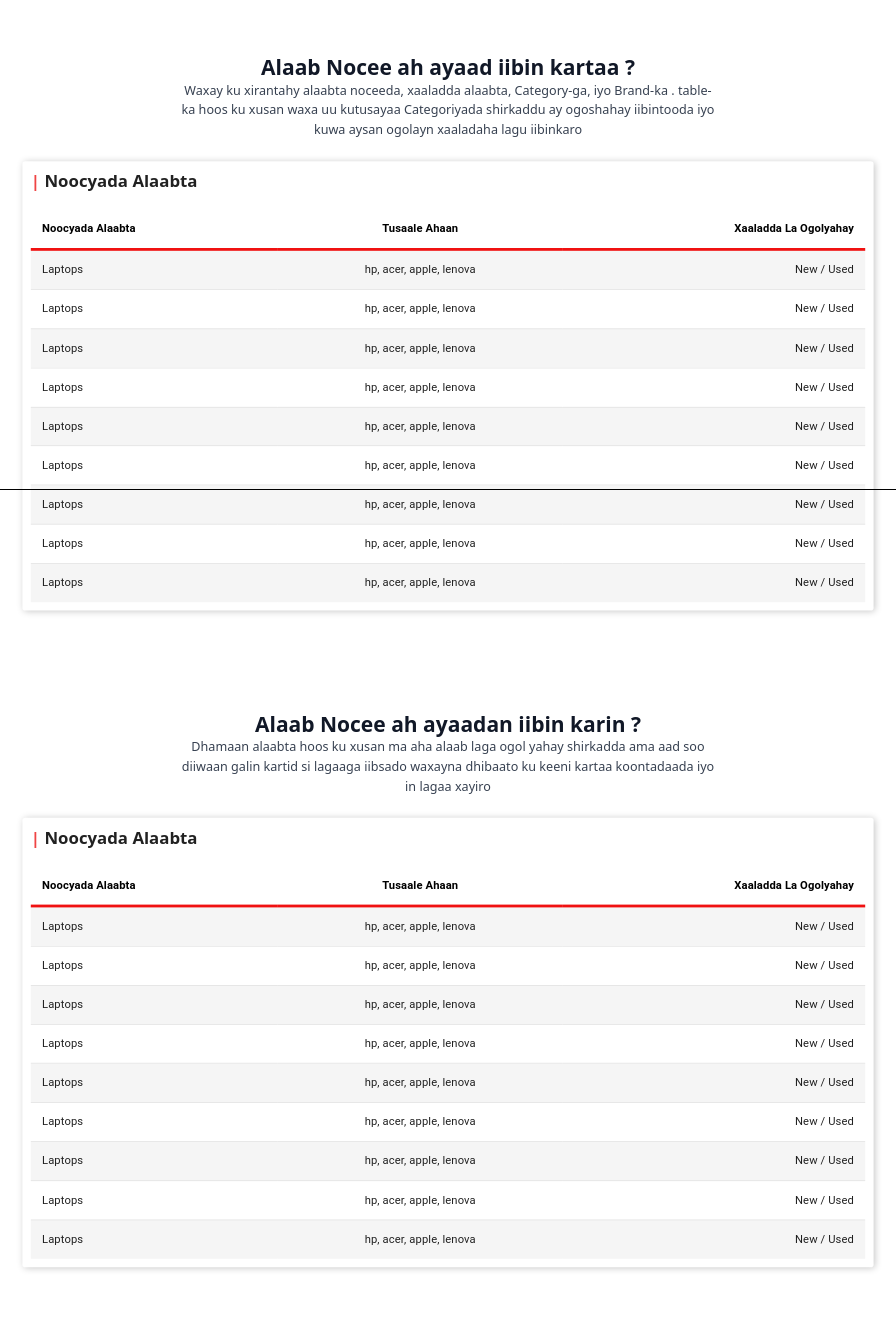
Repository: muraadso/Muraadso-Sellers
Page: /
The author's editor kept a copy of each file at every save. The page is drawn from the files as they stood at one save, then again after the next save.
The browser window is 1280 px wide. The pictures show the part of the page from y = 2205 to 4125 px (the page is 4160 px tall before and 4376 px after), at 70% of full size.
The project was rebuilt for these pictures with package versions that can differ from the ones it lists, and the page was loaded fresh each time. The framework's server and built-in components were replaced by stand-ins that run in the browser. Also part of the build but not shown: next.config.js.

Above is the page before, as saved 2021-12-06 20:21:53.

### pages/_app.js
import '../styles/globals.css'
 import 'tailwindcss/tailwind.css'
import { Layout } from '../components/Layout'


function MyApp({ Component, pageProps }) {
  return (
    <Layout>
      <Component {...pageProps} />
    </Layout>
  )
}

export default MyApp

### pages/index.js
import Head from 'next/head'
import Image from 'next/image'
import Hero from '../components/Hero'
import About from '../components/About'
import Howtoreg from '../components/Howtoreg'
import styles from '../styles/Home.module.css'
import { How } from '../components/How'


export default function Home() {
  return (
    <div className={styles.container}>
      <Head>
        <title>Muraadso Sellers</title>
        <meta name="description" content="Generated by create next app" />
        <link rel="icon" href="/favicon.ico" />
      </Head>
      <Hero />
      <About />
      <How />
      <Howtoreg />
    </div>
  )
}

### styles/globals.css
@import url('https://fonts.googleapis.com/css2?family=Lato:ital,wght@0,300;0,400;0,700;0,900;1,700&family=Poppins:wght@200;300;400;500;600;700&display=swap');
html,
body {
  padding: 0;
  margin: 0;
}

a {
  color: inherit;
  text-decoration: none;
}

* {
  box-sizing: border-box;
}


.navbar {
  box-shadow: 2px 1px 7px rgba(0, 0, 0, 0.226);
  font-family: 'Poppins', sans-serif  ;
  font-weight: 500;

}
  .logo{
    font-family: 'Lato', sans-serif;
    font-weight: 700;
    color: rgb(233, 59, 59);
    font-size: 20px ;
  }
  .how-card{
    position: relative;
    box-shadow: 0 2px 10px rgba(0, 0, 0, 0.336) ;
  }





@media screen and  (max-width: 768px){
  .nav{
    padding-top: 40px;
    display: flex;
    flex-direction: column;

  }

  .how-card{
  margin-bottom: 25px;
}

.tablle{
  margin-bottom: 90px;
}
.tablle2{

}

}




@tailwind base;
@tailwind components;
@tailwind utilities

### components/Layout.js
import Navbar from "./Navbar"
import Footer from "./Footer"

export const Layout = ({children}) => {
    return (
        <div className="layout">
            <Navbar />
                {children}
            <Footer />



        </div>
    )
}

### components/Hero.jsx
const Hero = () => {
    return (
        <div className="md:grid-cols-2 md:grid md:mt-11 hero">
                <div className="md:px-16 md:py-36 py-11 herotxt">
                    <h6 className="px-2 font-medium text-gray-500">ku iibi muraadso</h6>
                    <h1 className="my-5 text-3xl font-bold text-gray-800 capitalize md:font-bold md:text-gray-800 md:capitalize lg:text-6xl">sidee ugu iibin krtaa <br /> alaabtaada <span  className="text-red-600 md:text-red-600">muraadso</span></h1>

                    <p className="text-gray-700 md:text-left">
                         Whether you’ve already got an established e-commerce business , a great idea for a new product, or you just have a passion for selling, here’s how to take that next step with Muraadso </p>
                </div>

                <div className="heroimg">
                    <img className="w-4/4 "  src="/images/heroimage.png" alt="heroimage" />
                </div>
        </div>
    )
}

export default Hero

### components/About.jsx

const About = () => {
    return (
        <div className="mt-32">
            <h1 className="text-3xl font-bold text-center">Ku Iibso Muraadso</h1>
            <div className="gap-0 md:px-16 md:grid-cols-2 md:grid about-content">
                <div className="mt-12 aboutimg">
                  <img src="/images/aboutimage.png" className="md:h-96" alt="about image" />
                </div>
                <div className="md:mt-20 mt-11 about-text">
                    <p className="text-xl text-justify">
                        Muraadso waa hogaanka suuqa casriga ee online waana suuq aad ku iibin kartid alaabtaada, ahaw ganacsade alaabta sameeya, mid soo dajiya, si fudud ayaad ugu iibin kartaa suuqa casriga muraadso, sidoo kale ka mid noqo ganacsiyada shabakada internet ku iibiya alaabaha adiga oon ku kharash badan galin, kana faa’idaysanaya khubarada team ka muraadso helayana tobabaro iyo caawimo sidaad ugu iibin lahayd muraadso dhexdeeda Ku dhex iibta muraadso waa wax fudud sidoo kalena kharash yari kaaga bixi karo ama wax kharash ahi kaa baxayn, kaliya waxa lagaaga bahanyay in aad is diwaan galisid, kuna gurtid alaabta aad haysid online shirkada sidaana aad ku bilawdid iibka alaabtaada....<span className="text-red-600">Read More</span>
                    </p>
                </div>


            </div>
        </div>
    )
}

export default About

### components/Howtoreg.jsx
import * as React from 'react';
import { styled } from '@mui/material/styles';
import Table from '@mui/material/Table';
import TableBody from '@mui/material/TableBody';
import TableCell, { tableCellClasses } from '@mui/material/TableCell';
import TableContainer from '@mui/material/TableContainer';
import TableHead from '@mui/material/TableHead';
import TableRow from '@mui/material/TableRow';
import Paper from '@mui/material/Paper';

const StyledTableCell = styled(TableCell)(({ theme }) => ({

  [`&.${tableCellClasses.head}`]: {
    backgroundColor: theme.palette.common.white,
    color: theme.palette.common.black,
    borderBottom: '4px solid rgb(240, 17, 17)' ,
    fontSize: '16px',
    fontWeight: '600',

  },
  [`&.${tableCellClasses.body}`]: {
    fontSize: 16,
  },
}));

const StyledTableRow = styled(TableRow)(({ theme }) => ({
  '&:nth-of-type(odd)': {
    backgroundColor: theme.palette.action.hover,


  },
  // hide last border
  '&:last-child td, &:last-child th': {
    border: 0,
  },
}));





function createData(noocaAlaabta, tusaale, xaaladda) {
  return { noocaAlaabta, tusaale, xaaladda };
}

const rows = [
  createData('Laptops', 'hp, acer, apple, lenova ', 'New / Used'),
  createData('Laptops', 'hp, acer, apple, lenova ', 'New / Used'),
  createData('Laptops', 'hp, acer, apple, lenova ', 'New / Used'),
  createData('Laptops', 'hp, acer, apple, lenova ', 'New / Used'),
  createData('Laptops', 'hp, acer, apple, lenova ', 'New / Used'),
  createData('Laptops', 'hp, acer, apple, lenova ', 'New / Used'),
  createData('Laptops', 'hp, acer, apple, lenova ', 'New / Used'),
  createData('Laptops', 'hp, acer, apple, lenova ', 'New / Used'),
  createData('Laptops', 'hp, acer, apple, lenova ', 'New / Used'),

];

export default function Howtoreg() {
  return (
      <>
    <div className="flex flex-col items-center justify-center tablle mb-36">
                <h1 className="text-xl font-bold text-center text-gray-900 md:text-3xl">Alaab Nocee ah ayaad iibin kartaa ?</h1>
                <p className="max-w-3xl mb-8 text-sm text-center text-gray-700 md:text-lg">Waxay ku xirantahy alaabta noceeda, xaaladda alaabta, Category-ga, iyo Brand-ka .
                table-ka hoos ku xusan waxa uu kutusayaa Categoriyada shirkaddu ay ogoshahay iibintooda
                iyo kuwa aysan ogolayn xaaladaha lagu iibinkaro </p>

            <TableContainer className="" component={Paper} sx={{ padding: "12px", maxWidth: 1400, boxShadow: '2px 1px 11px rgba(0, 0, 0, 0.226)' }}>
        <h1 className="mb-6 text-2xl font-bold "> <span className="font-black text-red-500 ">|</span> Noocyada Alaabta</h1>
      <Table sx={{ minWidth: 700 }} aria-label="customized table">
        <TableHead>
          <TableRow>
            <StyledTableCell>Noocyada Alaabta</StyledTableCell>
            <StyledTableCell align="center"> Tusaale Ahaan</StyledTableCell>
            <StyledTableCell align="right">Xaaladda La Ogolyahay</StyledTableCell>
          </TableRow>
        </TableHead>
        <TableBody>
          {rows.map((row) => (
            <StyledTableRow key={row.noocaAlaabta} sx={{backgroundColor: 'white'}}>
              <StyledTableCell component="th" scope="row">
                {row.noocaAlaabta}
              </StyledTableCell>
              <StyledTableCell   align="center">{row.tusaale}</StyledTableCell>
              <StyledTableCell align="right">{row.xaaladda}</StyledTableCell>
            </StyledTableRow>
          ))}
        </TableBody>
      </Table>
    </TableContainer>

    </div>

    <div className="flex flex-col items-center justify-center tablle2 mb-36">
            <h1 className="text-xl font-bold text-center text-gray-900 md:text-3xl">Alaab Nocee ah ayaadan iibin karin ?</h1>
            <p className="max-w-3xl mb-8 text-sm text-center text-gray-700 md:text-lg">Dhamaan alaabta hoos ku xusan ma aha alaab laga ogol yahay shirkadda
                ama aad soo diiwaan galin kartid si lagaaga iibsado waxayna dhibaato
                ku keeni kartaa koontadaada iyo in lagaa xayiro</p>

            <TableContainer className="" component={Paper} sx={{ padding: "12px", maxWidth: 1400, boxShadow: '2px 1px 11px rgba(0, 0, 0, 0.226)' }}>
                        <h1 className="mb-6 text-2xl font-bold"> <span className="font-black text-red-500 ">|</span> Noocyada Alaabta</h1>
      <Table sx={{ minWidth: 700 }} aria-label="customized table">
        <TableHead className="" >
          <TableRow className="">
            <StyledTableCell>Noocyada Alaabta</StyledTableCell>
            <StyledTableCell align="center"> Tusaale Ahaan</StyledTableCell>
            <StyledTableCell align="right">Xaaladda La Ogolyahay</StyledTableCell>
          </TableRow>
        </TableHead>
        <TableBody>
          {rows.map((row) => (
            <StyledTableRow key={row.noocaAlaabta} sx={{backgroundColor: 'white'}}>
              <StyledTableCell  component="th" scope="row">
                {row.noocaAlaabta}
              </StyledTableCell>
              <StyledTableCell   align="center">{row.tusaale}</StyledTableCell>
              <StyledTableCell align="right">{row.xaaladda}</StyledTableCell>
            </StyledTableRow>
          ))}
        </TableBody>
      </Table>
    </TableContainer>

    </div>

     </>
  );
}

### components/How.jsx
export const How = () => {
    return (
        <div className="flex flex-col items-center justify-center mt-32 mb-24 how md:gap-y-4 gap-y-11">
            <div className="howheader">
            <h2 className="text-4xl font-bold text-center">Sidee u shaqaysaa</h2>
            <p className="mt-2 text-lg text-center text-gray-600">habka uu ushaqeeyo adeegan waa sidatan hoos ku xusan</p>
            </div>
            <div className="h-full md:p-16 md:gap-4 gap-72 md:grid-cols-4 md:grid howsteps">

                <div className="relative max-h-full p-6 bg-white border-4 border-red-400 rounded how-card ">
                    <div className="flex items-center justify-center my-4 card-icon ">
                        <img  src="./icons/register.png" alt="register" />

                    </div>
                    <div className="mb-4 text-xl text-center text-gray-800 cardbody">
                        Macmiil iska diiwaan geli adeega, 24h kadib waxad helaysa fariin ah in lagu aqbalay
                    </div>
                    <div className="absolute flex items-center justify-center w-10 h-10 font-bold text-red-500 bg-white border-2 border-red-500 rounded-full md:left-36 -bottom-5 md:left-40 left-36 place-content-center card-number"> <h2>1</h2></div>
                </div>


                <div className="relative max-h-full p-6 bg-white border-4 border-red-400 rounded how-card ">
                    <div className="flex items-center justify-center my-4 card-icon ">
                        <img className="h-24"  src="./icons/features.png" alt="register" />
                    </div>
                    <div className="mb-4 text-xl text-center text-gray-800 cardbody">
                        Macmiil iska diiwaan geli adeega, 24h kadib waxad helaysa fariin ah in lagu aqbalay
                    </div>
                    <div className="absolute flex items-center justify-center w-10 h-10 font-bold text-red-500 bg-white border-2 border-red-500 rounded-full md:left-36 -bottom-5 md:left-40 left-36 place-content-center card-number"> <h2>2</h2></div>
                </div>




                <div className="relative max-h-full p-6 bg-white border-4 border-red-400 rounded how-card ">
                    <div className="flex items-center justify-center my-4 card-icon ">
                        <img className="h-24"  src="./icons/verified.png" alt="register" />

                    </div>
                    <div className="mb-4 text-xl text-center text-gray-800 cardbody">
                        Macmiil iska diiwaan geli adeega, 24h kadib waxad helaysa fariin ah in lagu aqbalay
                    </div>
                    <div className="absolute flex items-center justify-center w-10 h-10 font-bold text-red-500 bg-white border-2 border-red-500 rounded-full md:left-36 -bottom-5 md:left-40 left-36 place-content-center card-number"> <h2>3</h2></div>
                </div>


                <div className="relative max-h-full p-6 bg-white border-4 border-red-400 rounded how-card ">
                    <div className="flex items-center justify-center my-4 card-icon ">
                        <img className="h-24"  src="./icons/givemoney.png" alt="register" />

                    </div>
                    <div className="mb-4 text-xl text-center text-gray-800 cardbody">
                        Macmiil iska diiwaan geli adeega, 24h kadib waxad helaysa fariin ah in lagu aqbalay
                    </div>
                    <div className="absolute flex items-center justify-center w-10 h-10 font-bold text-red-500 bg-white border-2 border-red-500 rounded-full md:left-36 -bottom-5 md:left-40 left-36 place-content-center card-number"> <h2>4</h2></div>
                </div>

            </div>
            <p className="text-center text-gray-800">Wixii faahfaahin ah waxaad kala xiriiri kartaa lambaradan hoos kuugu xusan</p>
            <a className="font-medium text-red-600" href="#">+252 63 3333471</a>

        </div>
    )
}

### components/Navbar.jsx
import React, { useState } from "react";
import { HiOutlineMenuAlt2, HiOutlineMenuAlt3 } from "react-icons/hi";



export default function Navbar() {
  const [showNav, setShowNav] = useState(false);

  return (
    <nav className="sticky top-0 z-20 items-center justify-between bg-white px-14 md:px-24 md:py-3 navbar md:flex">
      <div className="flex items-center justify-between">
        <a href="#">
          <h2>Muraadso</h2>
        </a>


        {showNav ? (
          <HiOutlineMenuAlt3
            onClick={() => setShowNav(!showNav)}
            className="block w-10 h-10 p-2 cursor-pointer md:hidden" />

        ) : (
          <HiOutlineMenuAlt2
            onClick={() => setShowNav(!showNav)}
            className="block w-10 h-10 p-2 cursor-pointer md:hidden"
          />
        )}
      </div>

      <ul
        className={
          (showNav ? "left-0" : "-left-full") +
          " md:static fixed bottom-0 md:ml-24 top-14 md:flex md:space-x-6 items-center md:bg-transparent bg-gray-700 rounded md:rounded-none md:bg-white bg-opacity-90 md:w-auto w-10/12 md:text-gray-800 text-white  md:space-y-0 space-y-5 p-2 transition-left nav"
        }
      >
        <a href="#"> Home</a>
        <a href="#"> About</a>
        <a href="#"> Doc</a>
        <a href="#"> Contact Us</a>
      <a className="px-4 py-2 text-white bg-red-600 rounded" href="">Signup</a>
      </ul>
    </nav>
  );
}

























// const Navbar = () => {
//     return (
//         <div>
//      <div className="sticky top-0 z-20 items-center justify-between bg-white md:flex navbar">
//          <a className="logo" href="#">Muraadso</a>
//          <nav className="fixed bottom-0 items-center w-10/12 p-2 space-y-5 text-white bg-gray-500 md:static top-12 md:flex md:space-x-7 md:bg-transparent bg-opacity-90 md:w-auto md:text-gray-500 md:space-y-0 transition-left nav">
//              <a className="hover:text-red-600" href="">Home</a>
//              <a className="hover:text-red-600" href="">About</a>
//              <a className="hover:text-red-600" href="">Doc</a>
//              <a className="hover:text-red-600" href="">Contact Us</a>
//          </nav>
//          <a href="#" className="px-4 py-2 text-white bg-red-600 rounded hover:bg-red-700 signup ">Signup</a>
//      </div>

//         </div>
//     )
// }

// export default Navbar

### components/Footer.jsx
const Footer = () => {
    return (
        <div>
        </div>
    )
}

export default Footer

### tailwind.config.js
module.exports = {
   purge: ['./pages/**/*.{js,ts,jsx,tsx}', './components/**/*.{js,ts,jsx,tsx}'],
  darkMode: false, // or 'media' or 'class'
  theme: {
    extend: {
      transitionProperty: {
         'left': 'left',
        }
    },

  },
  variants: {
    extend: {},
  },
  plugins: [],
}

Loaded but not shown: styles/Home.module.css (common file)

After the next save:
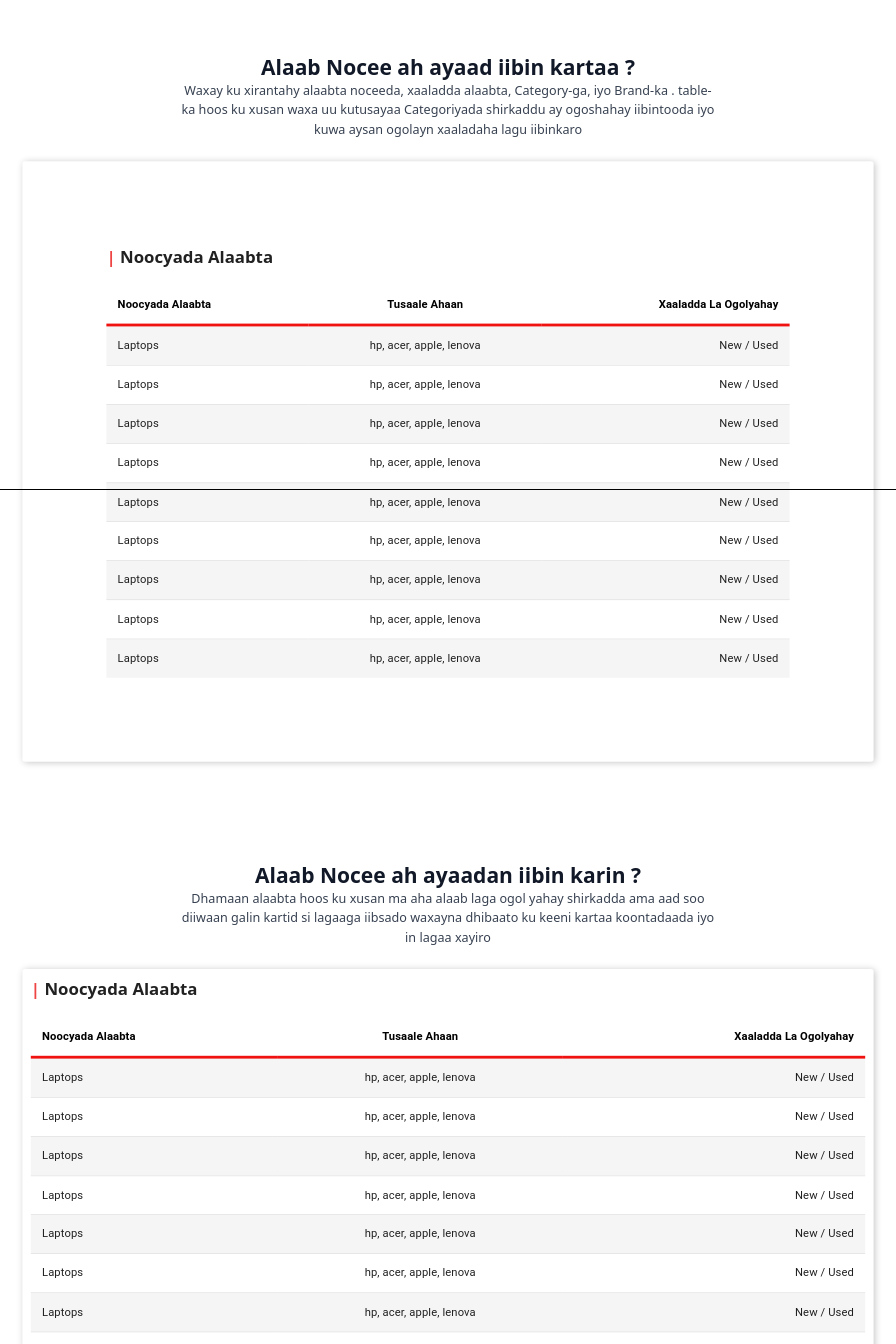
Saved 8 min 46 s later.
--- a/components/Howtoreg.jsx
+++ b/components/Howtoreg.jsx
@@ -65,7 +65,7 @@
                 table-ka hoos ku xusan waxa uu kutusayaa Categoriyada shirkaddu ay ogoshahay iibintooda
                 iyo kuwa aysan ogolayn xaaladaha lagu iibinkaro </p>
 
-            <TableContainer className="" component={Paper} sx={{ padding: "12px", maxWidth: 1400, boxShadow: '2px 1px 11px rgba(0, 0, 0, 0.226)' }}>
+            <TableContainer className="" component={Paper} sx={{ padding: "120px", maxWidth: 1400, boxShadow: '2px 1px 11px rgba(0, 0, 0, 0.226)' }}>
         <h1 className="mb-6 text-2xl font-bold "> <span className="font-black text-red-500 ">|</span> Noocyada Alaabta</h1>
       <Table sx={{ minWidth: 700 }} aria-label="customized table">
         <TableHead>

After the save that followed:
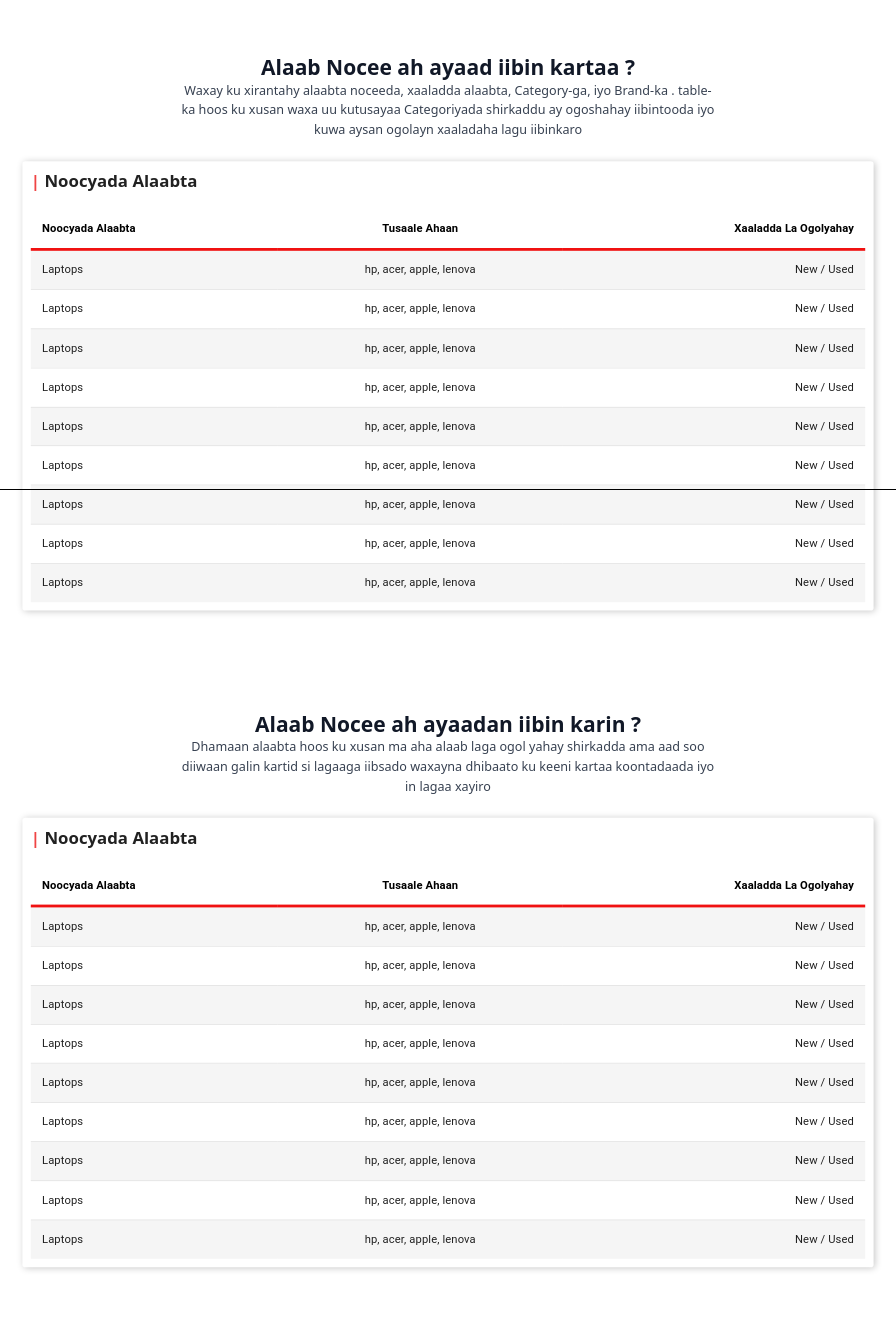
Saved 14 s later.
--- a/components/Howtoreg.jsx
+++ b/components/Howtoreg.jsx
@@ -65,7 +65,7 @@
                 table-ka hoos ku xusan waxa uu kutusayaa Categoriyada shirkaddu ay ogoshahay iibintooda
                 iyo kuwa aysan ogolayn xaaladaha lagu iibinkaro </p>
 
-            <TableContainer className="" component={Paper} sx={{ padding: "120px", maxWidth: 1400, boxShadow: '2px 1px 11px rgba(0, 0, 0, 0.226)' }}>
+            <TableContainer className="" component={Paper} sx={{ padding: "12px", maxWidth: 1400, boxShadow: '2px 1px 11px rgba(0, 0, 0, 0.226)' }}>
         <h1 className="mb-6 text-2xl font-bold "> <span className="font-black text-red-500 ">|</span> Noocyada Alaabta</h1>
       <Table sx={{ minWidth: 700 }} aria-label="customized table">
         <TableHead>
